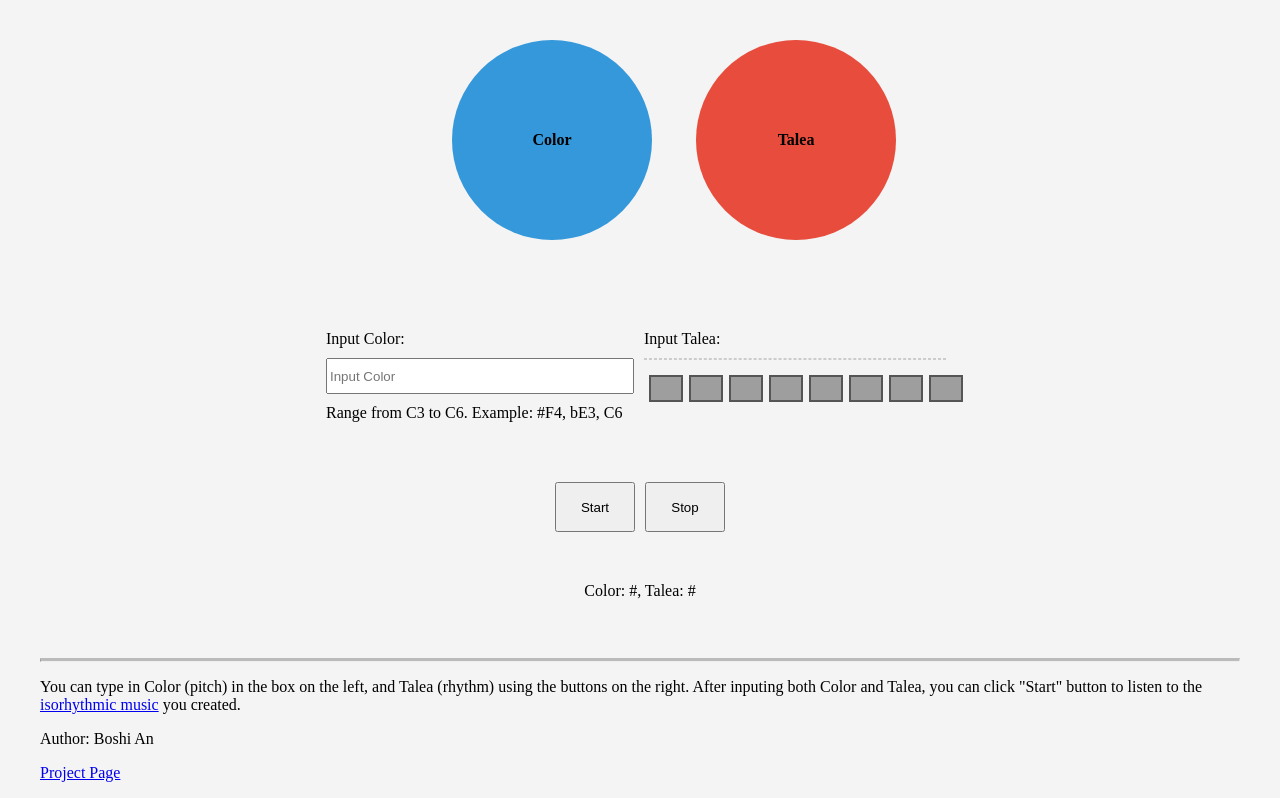
Repository: boshi-an/Isorhythm
Page: .vscode/Isorhythm/index.html
The author's editor kept a copy of each file at every save. The page is drawn from the files as they stood at one save, then again after the next save.
The browser window is 1280 px wide. The pictures show the whole page.
Pictures or frames that could not be fetched are drawn as grey boxes.

Above is the page before, as saved 2023-10-21 00:54:16.

### .vscode/Isorhythm/index.html
<!DOCTYPE html>
<html lang="en">

<head>
    <meta charset="UTF-8">
    <meta name="viewport" content="width=device-width, initial-scale=1.0">
    <title>Rotating Circles</title>
    <link rel="stylesheet" href="styles.css">
</head>

<body>
    <div class="circleContainer">
        <div class="circle" id="circle1">
            <div class="letter">Color</div>
        </div>
        <div class="circle" id="circle2">
            <div class="letter">Talea</div>
        </div>
    </div>
    <div class="inputContainer">
        <div class="taleaInputContainer">
            <div class="h3">Input Color:</div>
            <input type="text" id="input1" placeholder="Input Color">
            <div>Range from C3 to C6. Example: #F4, bE3, C6</div>
        </div>
        <div class="taleaInputContainer">
            <div class="h3">Input Talea:</div>
            <div class="imageArea" id="noteInputBox"></div>
            <!-- <div class="taleaInputBox">
                <input type="text" id="input2" placeholder="Input Talea" disabled>
            </div> -->
            <div class="taleaInputButton">
                <div class="button small-btn" id="button1" onclick="addNote(1);"><img src="static/note1.png" /></div>
                <div class="button small-btn" id="button1.5" onclick="addNote(1.5);"><img src="static/note1.5.png" /></div>
                <div class="button small-btn" id="button2" onclick="addNote(2);"><img src="static/note2.png" /></div>
                <div class="button small-btn" id="button2.5" onclick="addNote(2.5);"><img src="static/note2.5.png" /></div>
                <div class="button small-btn" id="button3" onclick="addNote(3);"><img src="static/note3.png" /></div>
                <div class="button small-btn" id="button3.5" onclick="addNote(3.5);"><img src="static/note3.5.png" /></div>
                <div class="button small-btn" id="button4" onclick="addNote(4);"><img src="static/note4.png" /></div>
                <div class="button small-btn" id="buttonReset" onclick="addNote(0);"><img src="static/reset.png" /></div>
            </div>
        </div>
    </div>
    <div class="uiContainer">
        <button id="startBtn" style="height:50px;width:80px">Start</button>
        <button id="stopBtn" style="height:50px;width:80px">Stop</button>
    </div>
    <div class="div" id="display">
        Color: #, Talea: #
    </div>
    <div class="footer">
        <hr class="solid">
        <p>
            You can type in Color (pitch) in the box on the left, and Talea (rhythm) using the buttons on the right.
            After inputing both Color and Talea, you can click "Start" button to listen to the <a
                href="https://en.wikipedia.org/wiki/Isorhythm">isorhythmic music</a> you created.
        </p>
        <p>Author: Boshi An</p>
        <p><a href="https://github.com/boshi-an/Isorhythm">Project Page</a></p>
    </div>
    <script src="script.js"></script>
</body>

</html>

### .vscode/Isorhythm/styles.css
body {
    display: flex;
    flex-direction: column;
    /* Stack child elements vertically */
    justify-content: center;
    /* Center the content vertically */
    align-items: center;
    /* Center the content horizontally */
    /* height: 130vh; */
    background-color: #f4f4f4;
    overflow: scroll;
    margin: 0;
    gap: 50px;
    /* Space between the circle container and the button container */
}

.circleContainer {
    display: flex;
    align-items: center;
    width: 420px;
    margin: 40px;
    /* Adjust based on your circle sizes */
}

.inputContainer {
    display: flex;
    gap: 10px;
    margin-bottom: 10px;
}

.taleaInputContainer {
    display: flex;
    flex-direction: column;
    gap: 10px;
    margin-bottom: 0px;
}

.taleaInputBox {
    display: flex;
    gap: 10px;
}

.taleaInputButton {
    display: flex;
    gap: 10px;
}

.circle {
    width: 200px;
    height: 200px;
    border-radius: 50%;
    position: relative;
    display: flex;
    flex-shrink: 0;
    align-items: center;
    justify-content: center;
    margin: 0 22px;
}

.uiContainer {
    display: flex;
    gap: 10px;
}

.triangle {
    width: 0;
    height: 0;
    border-left: 50px solid transparent;
    border-right: 50px solid transparent;
    border-bottom: 87px solid #3498db;
    will-change: transform;
    transform-origin: 50% 50%;
}

.letter {
    position: absolute;
    font-size: 1.0em;
    font-weight: bold;
    top: 50%;
    left: 50%;
    transform-origin: 50% 50%;
    transform: translate(-50%, -50%);  /* Centering the letters */
}

.noteImg {
    max-width: 6%;
    position: absolute;
    font-size: 1.5em;
    font-weight: bold;
    top: 50%;
    left: 50%;
    transform-origin: 50% 50%;
    transform: translate(-50%, -50%);
}

#triangle1 {
    border-bottom: 87px solid #3498db;
    /* background-color: #3498db; */
}

#triangle2 {
    border-bottom: 87px solid #e74c3c;
    /* background-color: #e74c3c; */
}

#circle1 {
    background-color: #3498db;
}

#circle2 {
    background-color: #e74c3c;
}

.imageArea {
    width: 300px;
    height: auto;
    border: 1px dashed #ccc;
    display: flex;
    flex-wrap: wrap;
    align-items: center;
}

.imageArea img {
    max-width: 6%;
    margin: 5px;
}

.button img {
    max-width: 100%;
    margin: 5px;
    border: 2px solid #555;
}

.small-btn {
    width: 30px;
    height: 30px;
}

.large-btn {
    width: 80px;
    height: 50px;
}

.image {
    position: absolute;
    top: 50%;
    left: 50%;
    transform-origin: 50% 50%;
    width: 30px;
    /* You can adjust this to your preferred image size */
    height: 30px;
}

#input1 {
    height: 30px;
    width: 300px;
}

hr {
    display: block;
    margin-top: 0.5em;
    margin-bottom: 0.5em;
    margin-left: auto;
    margin-right: auto;
    border-style: inset;
    border-width: 1px;
}

hr.solid {
    border-top: 3px solid #bbb;
}

.footer {
    margin-left: 2.5em;
    margin-right: 2.5em;
}

### .vscode/Isorhythm/script.js
let angle1 = 180;
let angle2 = 0;
let letterPos = +20;
let circle1Size = 100;
let circle2Size = 100;
let rotationMultiplier = 320;
let circle1Num = 0;
let circle2Num = 0;
let rotateDist = 0;
let color = [];
let talea = [];
let lastColor = '#';
let lastTalea = '#';
let taleaImgElement = [];
let animationId;
const circle1 = document.getElementById('circle1');
const circle2 = document.getElementById('circle2');
let duration = {
    1: 4,
    1.5: 6,
    2: 2,
    2.5: 3,
    3: 1,
    3.5: 1.5,
    4: 0.5
};
let frequency = {
    "C3": 130.81,
    "#C3": 138.59,
    "bD3": 138.59,
    "D3": 146.83,
    "#D3": 155.56,
    "bE3": 155.56,
    "E3": 164.81,
    "F3": 174.61,
    "#F3": 185.00,
    "bG3": 185.00,
    "G3": 196.00,
    "#G3": 207.65,
    "bA3": 207.65,
    "A3": 220.00,
    "#A3": 233.08,
    "bB3": 233.08,
    "B3": 246.94,
    "C4": 261.63,
    "#C4": 277.18,
    "bD4": 277.18,
    "D4": 293.66,
    "#D4": 311.13,
    "bE4": 311.13,
    "E4": 329.63,
    "F4": 349.23,
    "#F4": 369.99,
    "bG4": 369.99,
    "G4": 392.00,
    "#G4": 415.30,
    "bA4": 415.30,
    "A4": 440.00,
    "#A4": 466.16,
    "bB4": 466.16,
    "B4": 493.88,
    "C5": 523.25,
    "#C5": 554.37,
    "bD5": 554.37,
    "D5": 587.33,
    "#D5": 622.26,
    "bE5": 622.25,
    "E5": 659.25,
    "F5": 698.46,
    "#F5": 739.99,
    "bG5": 739.99,
    "G5": 783.99,
    "#G5": 830.61,
    "bA5": 830.61,
    "A5": 880.00,
    "#A5": 932.33,
    "bB5": 932.33,
    "B5": 987.77,
    "C6": 1046.50
}

var context = new AudioContext();
var oscillator = '#';

function getCurrentColor() {
    if (circle1Num < 1) {
        return '#';
    }
    let angle = (rotationMultiplier * rotateDist / circle1Size) % 360;
    let nowNote = parseInt(angle / (360 / circle1Num));
    nowNote = Math.min(nowNote, color.length - 1);
    return color[nowNote];
}

function getCurrentTalea() {
    if (circle2Num < 1) {
        return '#';
    }
    let angle = (rotationMultiplier * rotateDist / circle2Size) % 360;
    let nowNote = parseInt(angle / (360 / circle2Num));
    nowNote = Math.min(nowNote, talea.length - 1);
    return talea[nowNote];
}

function getFrequency(note) {
    note = note.toUpperCase();
    if (!(note in frequency)) {
        return 0.0;
    }
    else {
        return frequency[note];
    }
}

function updateTextDisplay() {
    const display = document.getElementById("display");
    let curColor = getCurrentColor();
    let curTalea = getCurrentTalea();
    if (curColor != lastColor || curTalea != lastTalea) { // Update sound
        // alert(getFrequency(curColor));
        if (oscillator != '#') {
            oscillator.stop();
        }
        oscillator = context.createOscillator();
        oscillator.type = "sine";
        // oscillator.frequency.value = 800;
        oscillator.connect(context.destination);
        oscillator.frequency.value = getFrequency(curColor);
        oscillator.start();
        // oscillator.connect(context.destination);
        lastColor = curColor;
        lastTalea = curTalea;
    }
//
    // Display the color and talea
    let taleaHTML = `<img src="static/note${curTalea}.png" width="20" height="20" />`;
    if (curTalea == '#') {
        taleaHTML = '#';
    }
    display.innerHTML = `Color: ${curColor}, Talea: ${curTalea}`;
}

function rotateCircle() {
    updateTextDisplay()
    rotateDist += 1/duration[getCurrentTalea()];
    angle1 = (rotationMultiplier * rotateDist / circle1Size) % 360;
    angle2 = (-rotationMultiplier * rotateDist / circle2Size) % 360;
    circle1.style.transform = `rotate(${angle1}deg)`;
    circle2.style.transform = `rotate(${angle2}deg)`;

    animationId = requestAnimationFrame(rotateCircle);
}

document.getElementById('startBtn').addEventListener('click', () => {
    cancelAnimationFrame(animationId);
    rotateCircle();
});

document.getElementById('stopBtn').addEventListener('click', () => {
    rotateDist = 0;
    circle1.style.transform = `rotate(0deg)`;
    circle2.style.transform = `rotate(0deg)`;
    cancelAnimationFrame(animationId);
    oscillator.stop();
    oscillator = '#';
    lastColor = '#';
    lastTalea = '#';
});

function parseLetters(inputText) {
    let retArray = [];
    inputText = inputText.concat('.');
    for (let i = 0; i < inputText.length - 2; i += 1) {
        s = inputText[i];
        t = inputText[i + 1];
        p = inputText[i + 2];
        if (s.match(/[a-z]/i) && t.match(/[1-9]/i)) {
            retArray.push(`${s}${t}`);
            i += 1;
        }
        else if (s == '#' && t.match(/[a-z]/i) && p.match(/[1-9]/i)) {
            retArray.push(`#${t}${p}`);
            i += 2;
        }
        else if (s == 'b' && t.match(/[a-z]/i) && p.match(/[1-9]/i)) {
            retArray.push(`b${t}${p}`);
            i += 2;
        }
    }
    return retArray;
}

function updateLetters(circleId, inputText, bias) {
    inputText = parseLetters(inputText);
    const circle = document.getElementById(circleId);

    let circleR = inputText.length * 10;
    circle.style.width = `${Math.max(circleR * 2, 5)}px`;
    circle.style.height = `${Math.max(circleR * 2, 5)}px`;

    const size = circle.offsetWidth + letterPos;
    let rotateAngle = 0;
    let innerHTML = ""

    circle1Size = circle.offsetWidth;
    circle1Num = inputText.length;
    rotateAngle = 0;
    innerHTML = "<div class=\"letter\">Color</div>";
    color = inputText;

    // Remove any existing letters
    if (size <= 100) {
        circle.innerHTML = "";
    }
    else {
        circle.innerHTML = innerHTML;
    }

    // Add new letters
    for (let i = 0; i < inputText.length; i++) {
        const angle = -(i / inputText.length) * 360;
        const letterElem = document.createElement('div');
        letterElem.className = 'letter';
        letterElem.style.transform = `translate(-50%, -50%) rotate(${angle + bias}deg) translate(${size / 2}px) rotate(${rotateAngle}deg)`;
        letterElem.innerText = inputText[i];
        circle.appendChild(letterElem);
    }
}

function updateTalea(circleId, inputNote, bias) {
    const circle = document.getElementById(circleId);

    let circleR = inputNote.length * 10;
    circle.style.width = `${Math.max(circleR * 2, 5) }px`;
    circle.style.height = `${Math.max(circleR * 2, 5) }px`;

    const size = circle.offsetWidth + letterPos;
    let rotateAngle = 0;
    let innerHTML = ""

    circle2Size = circle.offsetWidth;
    circle2Num = inputNote.length;
    rotateAngle = 180;
    innerHTML = "<div class=\"letter\">Talea</div>";


    // Remove any existing letters
    if (size <= 100) {
        circle.innerHTML = "";
    }
    else {
        circle.innerHTML = innerHTML;
    }

    // Add new letters
    for (let i = 0; i < inputNote.length; i++) {
        const angle = (i / inputNote.length) * 360;
        const imgElem = document.createElement('img');
        imgElem.className = 'image';
        imgElem.src = `static/note${inputNote[i]}.png`;;
        imgElem.style.transform = `translate(-50%, -50%) rotate(${angle + bias}deg) translate(${size / 2}px) rotate(${rotateAngle}deg)`;
        circle.appendChild(imgElem);
    }
}

function addNote(number) {
    // alert(number);
    // document.getElementById('input2').value += number;
    // Get the image area div
    if (number != 0) {
        talea.push(number);
        const imageArea = document.getElementById('noteInputBox');

        // Create a new img element
        const img = document.createElement('img');
        img.src = `static/note${number}.png`;

        // Append the img to the image area
        imageArea.appendChild(img);

        taleaImgElement.push(img);
    }
    else if (talea.length > 0) {
        talea.pop();

        length = taleaImgElement.length-1
        if (taleaImgElement[length].parentNode) {
            taleaImgElement[length].parentNode.removeChild(taleaImgElement[length]);
        }
        taleaImgElement.pop();
    }
    // updateTalea('input2');
    updateTalea('circle2', talea, 180);
}

document.getElementById('input1').addEventListener('input', () => updateLetters('circle1', document.getElementById('input1').value, 0));
// document.getElementById('input2').addEventListener('input', () => updateLetters('circle2', 'input2', 180));
// document.getElementById('input2').addEventListener('input', () => updateTalea('input2'));

// document.getElementById("button1").onclick = function () { addNumber(1); };

After the next save:
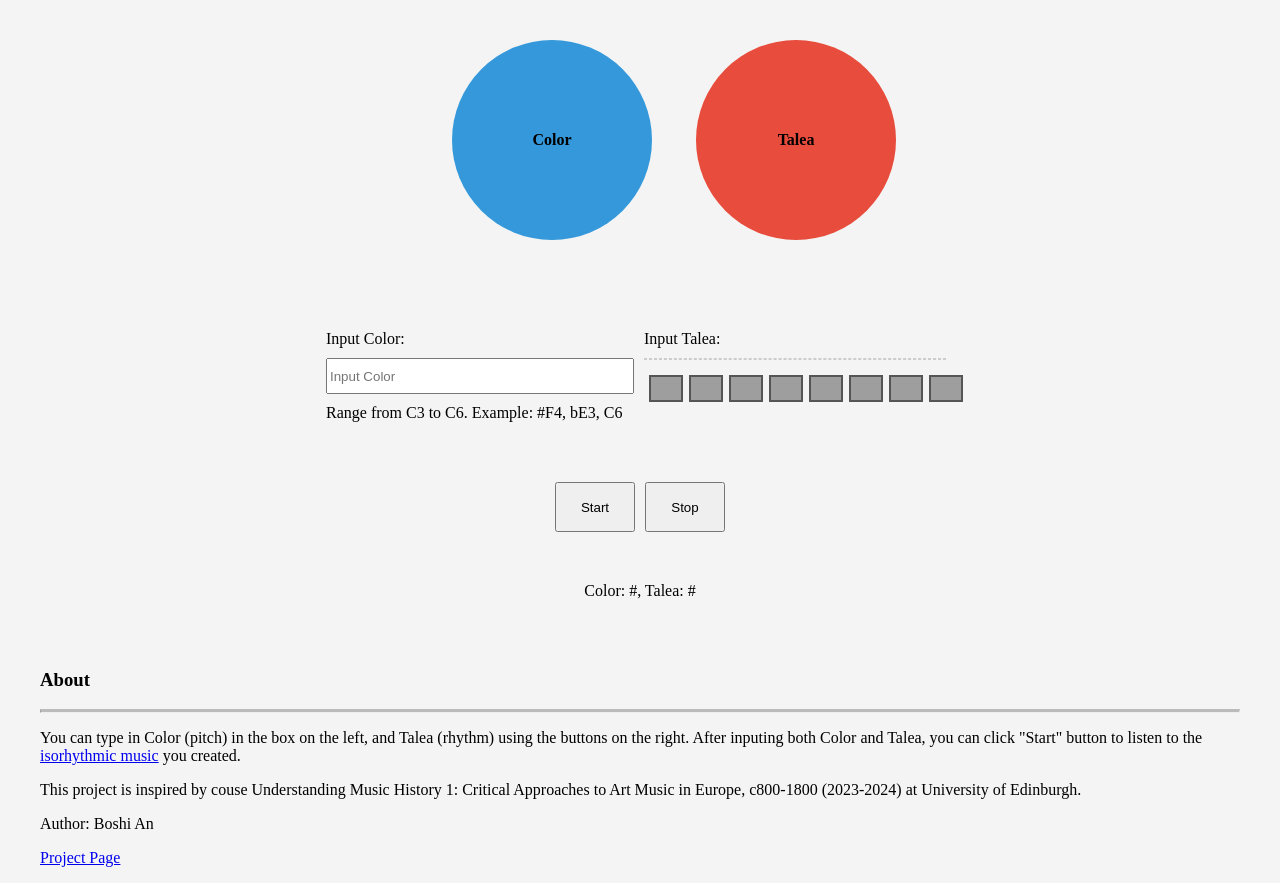
Saved 58 s later.
--- a/.vscode/Isorhythm/index.html
+++ b/.vscode/Isorhythm/index.html
@@ -49,11 +49,18 @@
         Color: #, Talea: #
     </div>
     <div class="footer">
+        <h3>
+            About
+        </h3>
         <hr class="solid">
         <p>
             You can type in Color (pitch) in the box on the left, and Talea (rhythm) using the buttons on the right.
             After inputing both Color and Talea, you can click "Start" button to listen to the <a
                 href="https://en.wikipedia.org/wiki/Isorhythm">isorhythmic music</a> you created.
+        </p>
+        <p>
+            This project is inspired by couse Understanding Music History 1: Critical Approaches to Art Music in Europe,
+            c800-1800 (2023-2024) at University of Edinburgh.
         </p>
         <p>Author: Boshi An</p>
         <p><a href="https://github.com/boshi-an/Isorhythm">Project Page</a></p>
